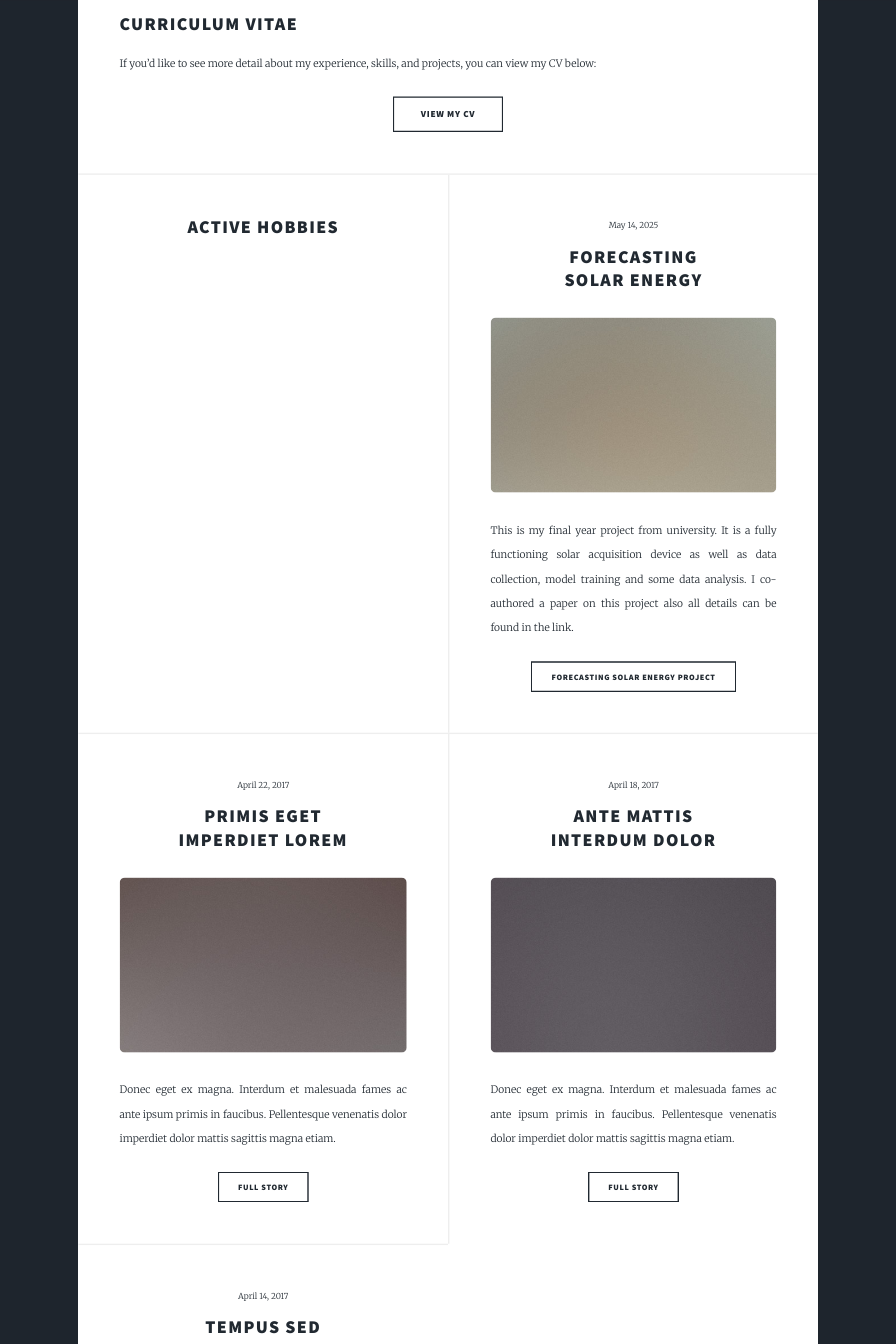
Repository: ciaranscan6/PersonalWebsite
Page: about-me.html
An editor plug-in stored every save of this project. The page is shown before and after the next save, followed by the edit.
The browser window is 1280 px wide. The pictures show the part of the page from y = 1794 to 3714 px (the page is 4974 px tall before and 4368 px after), at 70% of full size.
A picture or video elsewhere on the page could not be fetched, so the positions and the page height are approximate.

Above is the page before, as saved 2025-11-22 03:34:52.

After the next save:
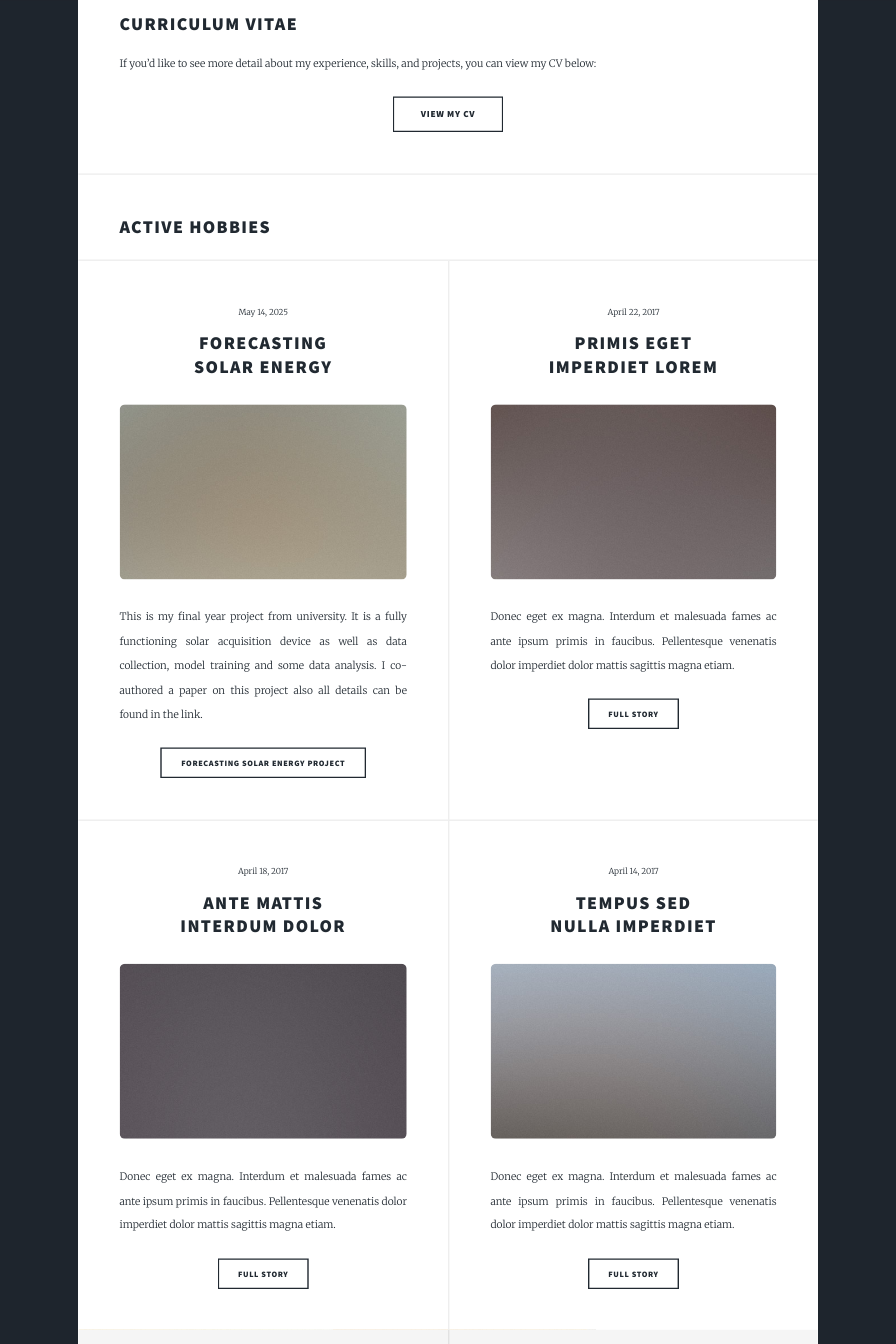
Saved 36 s later.
--- a/about-me.html
+++ b/about-me.html
@@ -89,8 +89,8 @@
 							</section>
 
 								<!-- Hobbies: Four mini slideshows -->
+							<h2>Active Hobbies</h2>
 							<section class="posts">
-								<h2>Active Hobbies</h2>
 									<article>
 										<header>
 											<span class="date">May 14, 2025</span>
